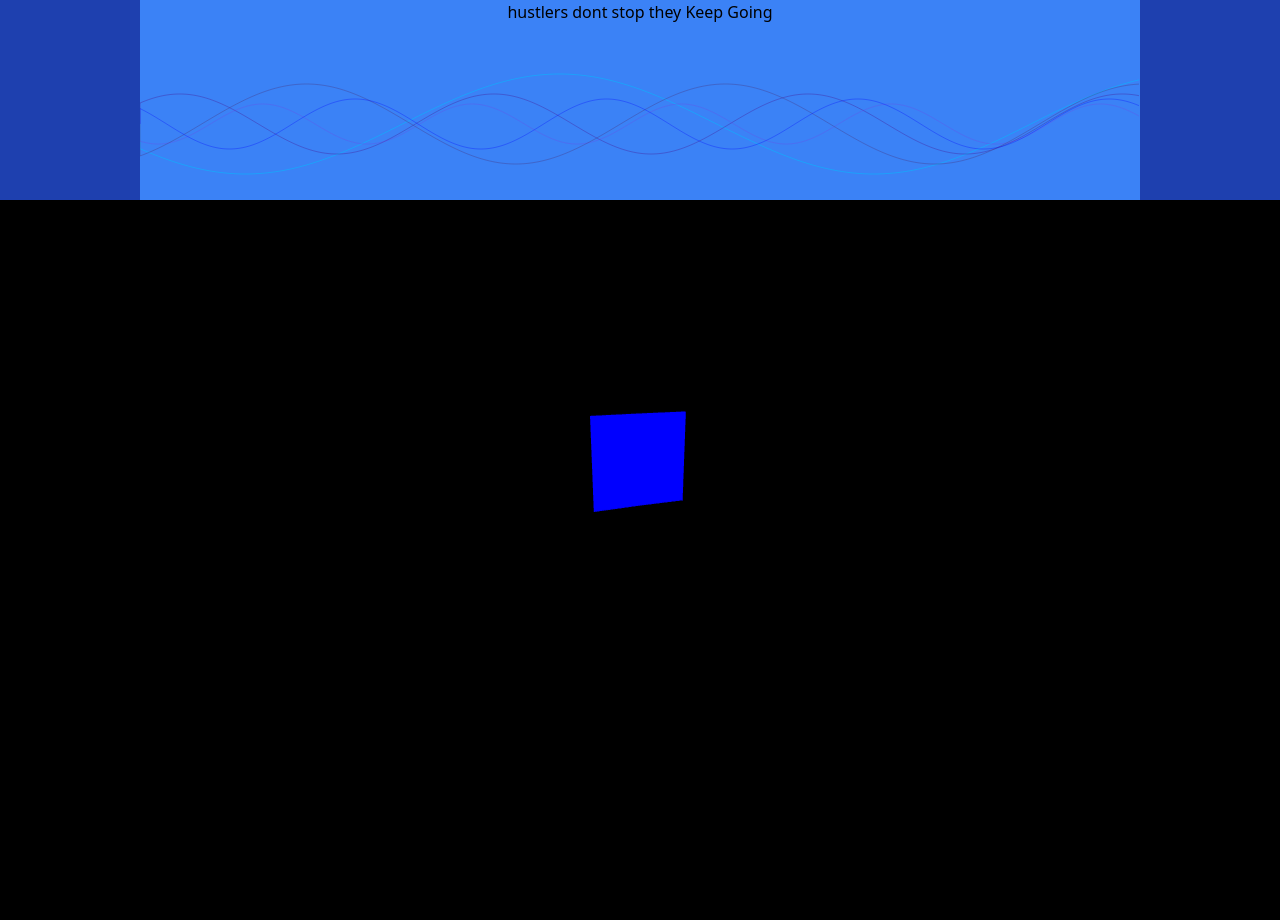
Repository: TMuse333/quantum-experiments
Page: /
The author's editor kept a copy of each file at every save. The page is drawn from the files as they stood at one save, then again after the next save.
The browser window is 1280 px wide. The pictures show the whole page.
The project was rebuilt for these pictures with package versions that can differ from the ones it lists, and the page was loaded fresh each time. Also part of the build but not shown: vite.config.ts.

Above is the page before, as saved 2024-06-08 18:33:31.

After the next save:
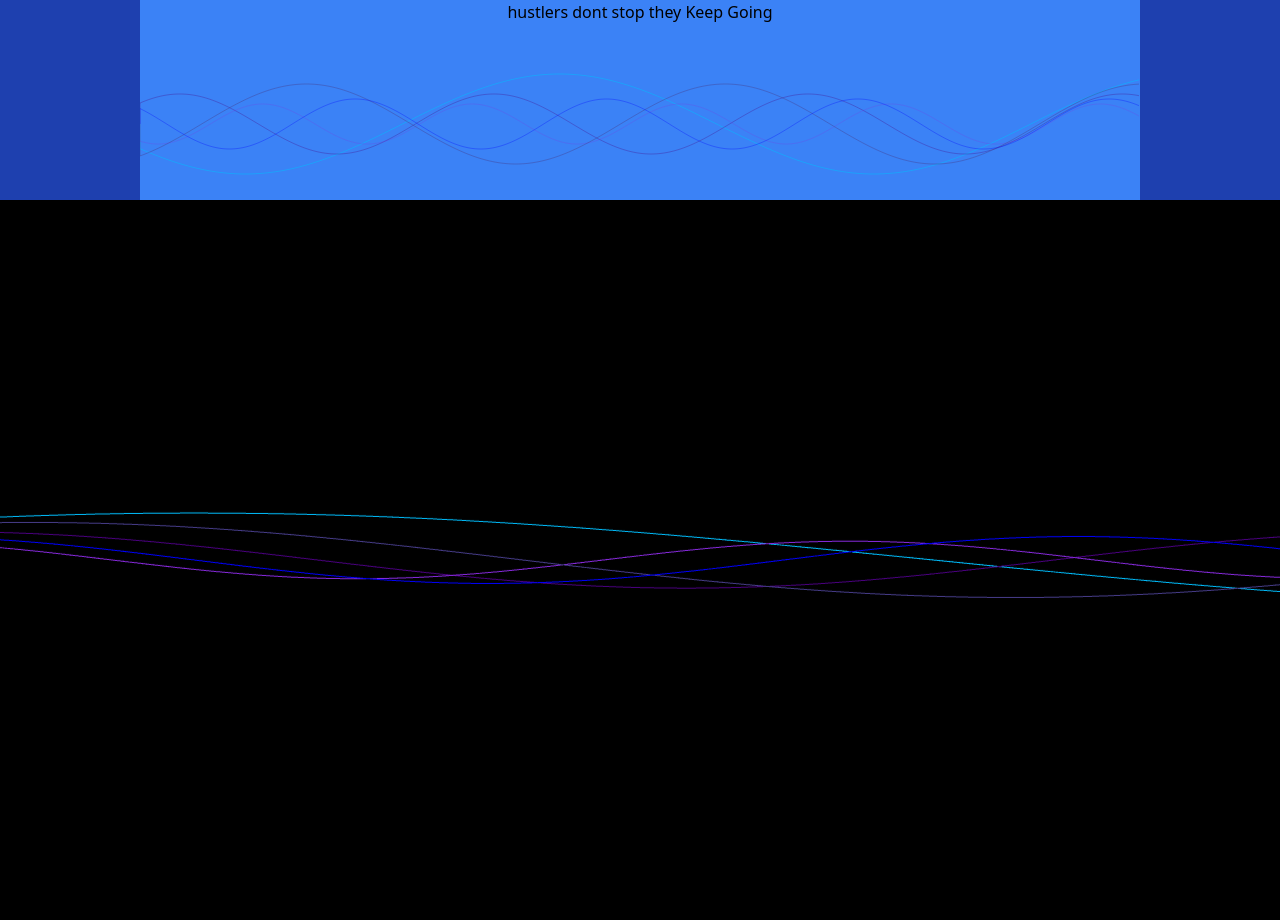
Saved 46 s later.
--- a/src/components/sineWave/threeeJsWave/threeJsWave.tsx
+++ b/src/components/sineWave/threeeJsWave/threeJsWave.tsx
@@ -16,45 +16,45 @@ const ThreeJSWave: React.FC = () => {
     renderer.setSize(container.clientWidth, container.clientHeight);
     container.appendChild(renderer.domElement);
 
-    // Adjust camera position to center the waves
-    camera.position.z = 10;
-    camera.position.y = 2;
-    camera.rotation.x = -0.4;
+    camera.position.z = 5;
 
-    // Create waves using PlaneGeometry
-    const createWaveMesh = (width: number, height: number, widthSegments: number, heightSegments: number, color: number) => {
-      const geometry = new THREE.PlaneGeometry(width, height, widthSegments, heightSegments);
+    // Create waves
+    const createWaveMesh = (amplitude: number, frequency: number, color: number, segments: number, lineWidth: number) => {
+      const geometry = new THREE.BufferGeometry();
+      const positions = new Float32Array(segments * 3);
 
-      const material = new THREE.MeshBasicMaterial({ color, side: THREE.DoubleSide, wireframe: false });
-      const plane = new THREE.Mesh(geometry, material);
+      for (let i = 0; i < segments; i++) {
+        positions[i * 3] = (i / segments) * 20 - 10; // x, span the entire width
+        positions[i * 3 + 1] = 0; // y
+        positions[i * 3 + 2] = 0; // z
+      }
 
-      return { plane, amplitude: 1, frequency: 0.5, speed: 0.02, offset: 0 };
+      geometry.setAttribute('position', new THREE.BufferAttribute(positions, 3));
+
+      const material = new THREE.LineBasicMaterial({ color, linewidth: lineWidth });
+      const line = new THREE.Line(geometry, material);
+
+      return { line, amplitude, frequency, offset: 0 };
     };
 
     const waves = [
-      createWaveMesh(2, 2, 2, 2, 0x00bfff), // Sky Blue
-      createWaveMesh(2, 2, 2, 2, 0x4b0082), // Indigo
-      createWaveMesh(2, 2, 2, 2, 0x8a2be2), // Blue Violet
-      createWaveMesh(2, 2, 2, 2, 0x483d8b), // Dark Slate Blue
-      createWaveMesh(2, 2, 2, 2, 0x0000ff), // Blue
+      createWaveMesh(0.5, 0.02, 0x00bfff, 200, 5), // Sky Blue
+      createWaveMesh(0.3, 0.04, 0x4b0082, 200, 5), // Indigo
+      createWaveMesh(0.2, 0.06, 0x8a2be2, 200, 5), // Blue Violet
+      createWaveMesh(0.4, 0.03, 0x483d8b, 200, 5), // Dark Slate Blue
+      createWaveMesh(0.25, 0.05, 0x0000ff, 200, 5), // Blue
     ];
 
-    waves.forEach(wave => scene.add(wave.plane));
+    waves.forEach(wave => scene.add(wave.line));
 
     const animate = () => {
       waves.forEach(wave => {
-        const { plane, amplitude, frequency, offset } = wave;
-        const position = plane.geometry.attributes.position;
-        const vertices = position.array as Float32Array;
-
-        for (let i = 0; i < vertices.length; i += 3) {
-          const x = vertices[i];
-          const y = vertices[i + 1];
-          vertices[i + 2] = Math.sin((x + offset) * frequency) * amplitude;
+        const positions = wave.line.geometry.attributes.position.array as Float32Array;
+        for (let i = 0; i < positions.length / 3; i++) {
+          positions[i * 3 + 1] = Math.sin(i * wave.frequency + wave.offset) * wave.amplitude;
         }
-
-        position.needsUpdate = true;
-        wave.offset += wave.speed;
+        wave.line.geometry.attributes.position.needsUpdate = true;
+        wave.offset += 0.02; // Speed
       });
 
       renderer.render(scene, camera);
